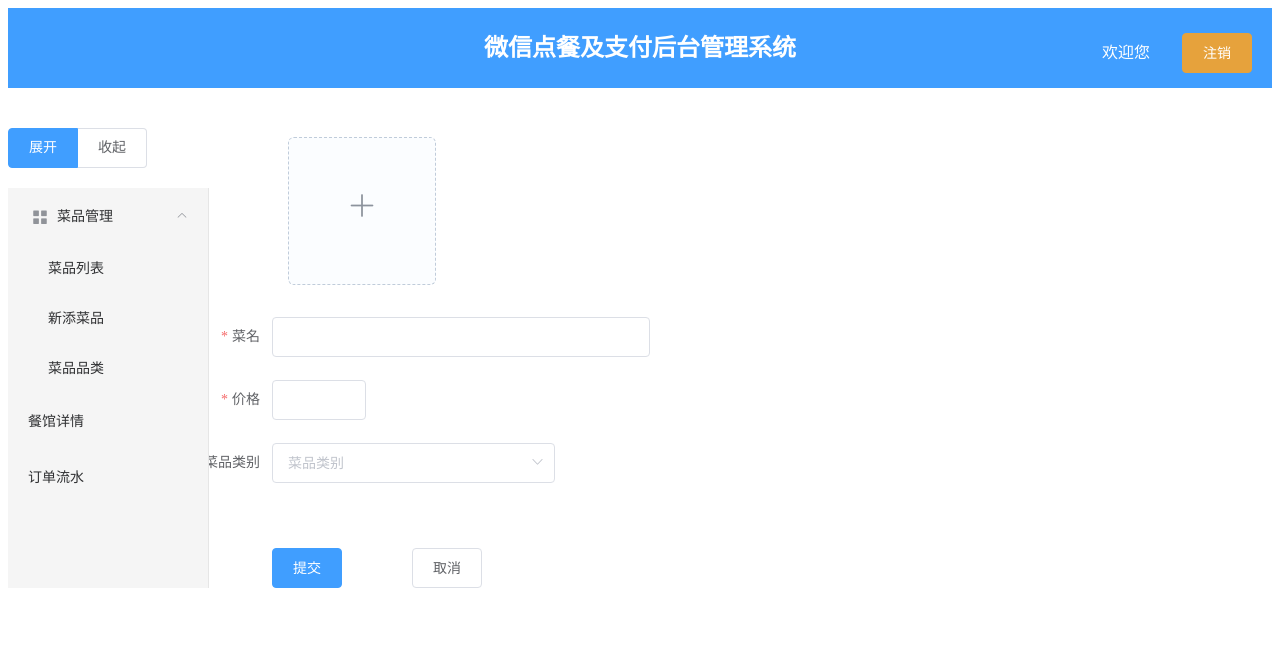
Repository: align-shi/order-web
Page: /pointpayment/hotelTable
The author's editor kept a copy of each file at every save. The page is drawn from the files as they stood at one save, then again after the next save.
The browser window is 1280 px wide. The pictures show the whole page.
The page's requests for data from a server got no answer. The project was rebuilt for these pictures with package versions that can differ from the ones it lists, and the page was loaded fresh each time. No one was signed in, and anything a server would have sent is missing. Also part of the build but not shown: src/pages/login.vue.

Above is the page before, as saved 2020-03-11 08:55:01.

After the next save:
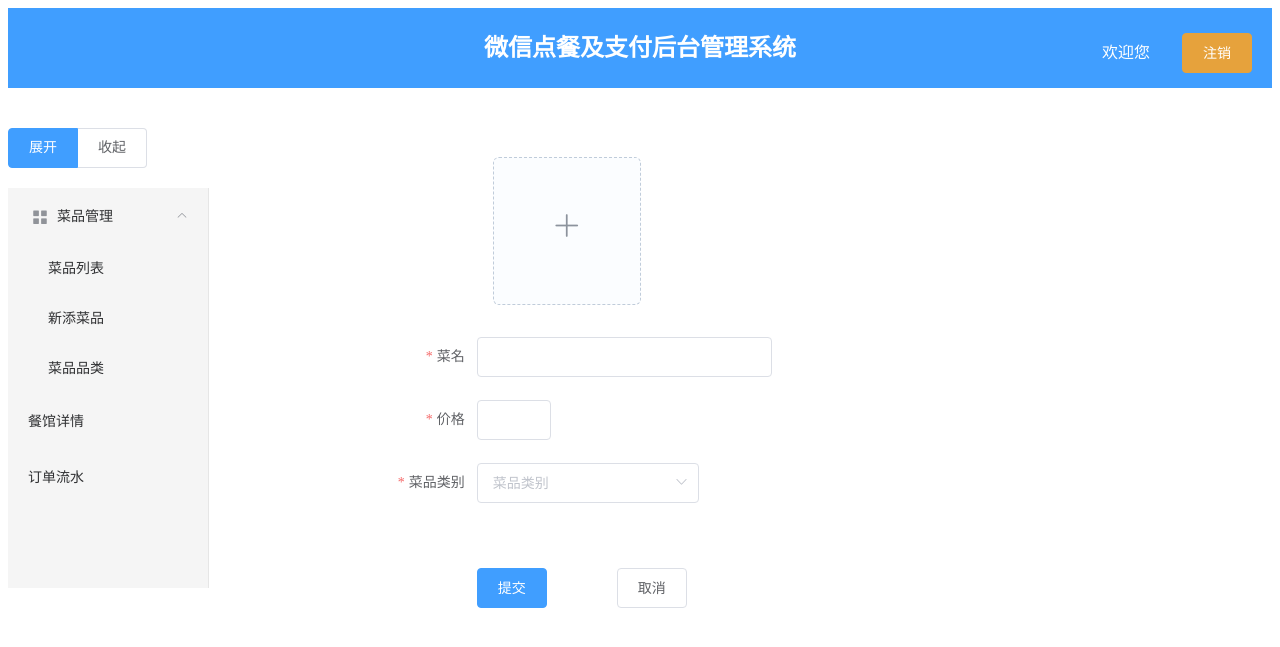
Saved 72 min 22 s later.
--- a/src/components/hotelTable.vue
+++ b/src/components/hotelTable.vue
@@ -1,5 +1,5 @@
 <template>
-    <div>
+    <div class="form">
         <el-upload
             class="upload"
             action=""
